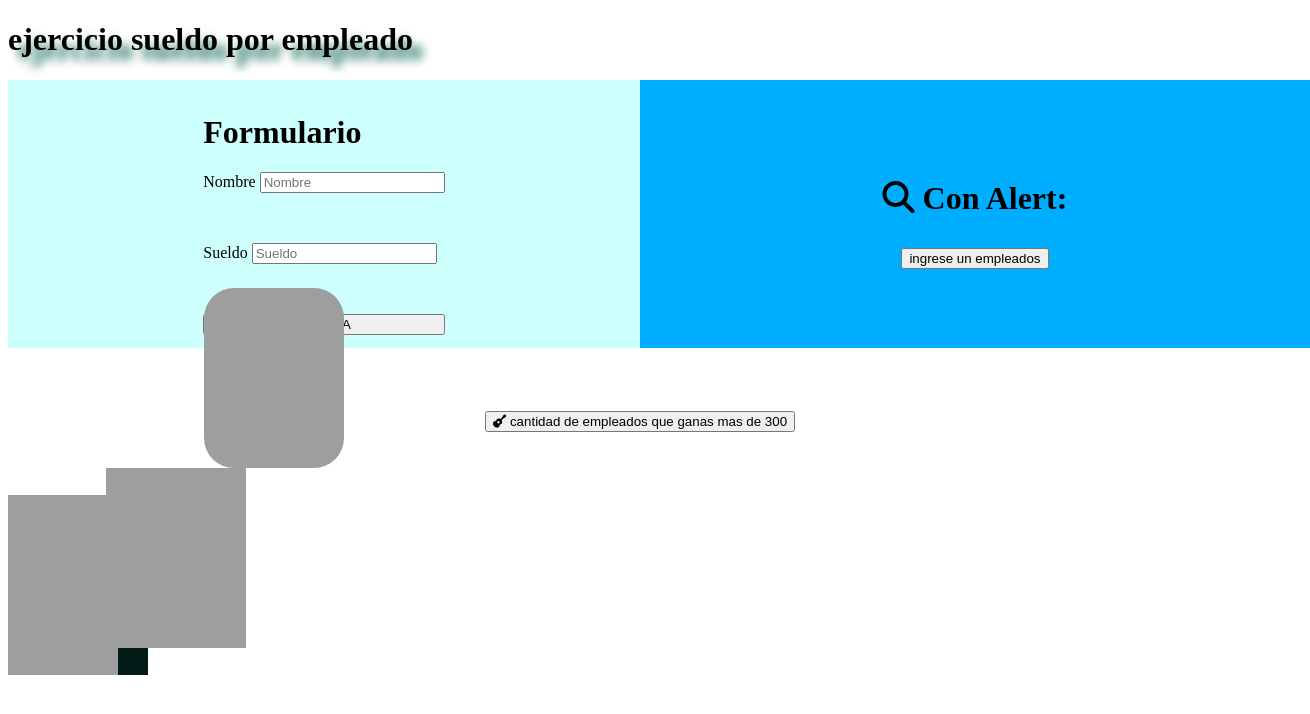
Repository: wolfmarcos/Ej-FormSesionEmpleados
Page: index.html
These files come from the project's save history. The page is drawn as it stood at one moment and after the next save; the edit follows.
The browser window is 1280 px wide. The page is 1310 px wide, so the pictures cover 1310 px, including what lies to the right of the window. The pictures show the whole page.
Pictures or frames that could not be fetched are drawn as grey boxes. Some web libraries are served in a nearby version.

Above is the page before, as saved 2022-08-08 19:27:32.

After the next save:
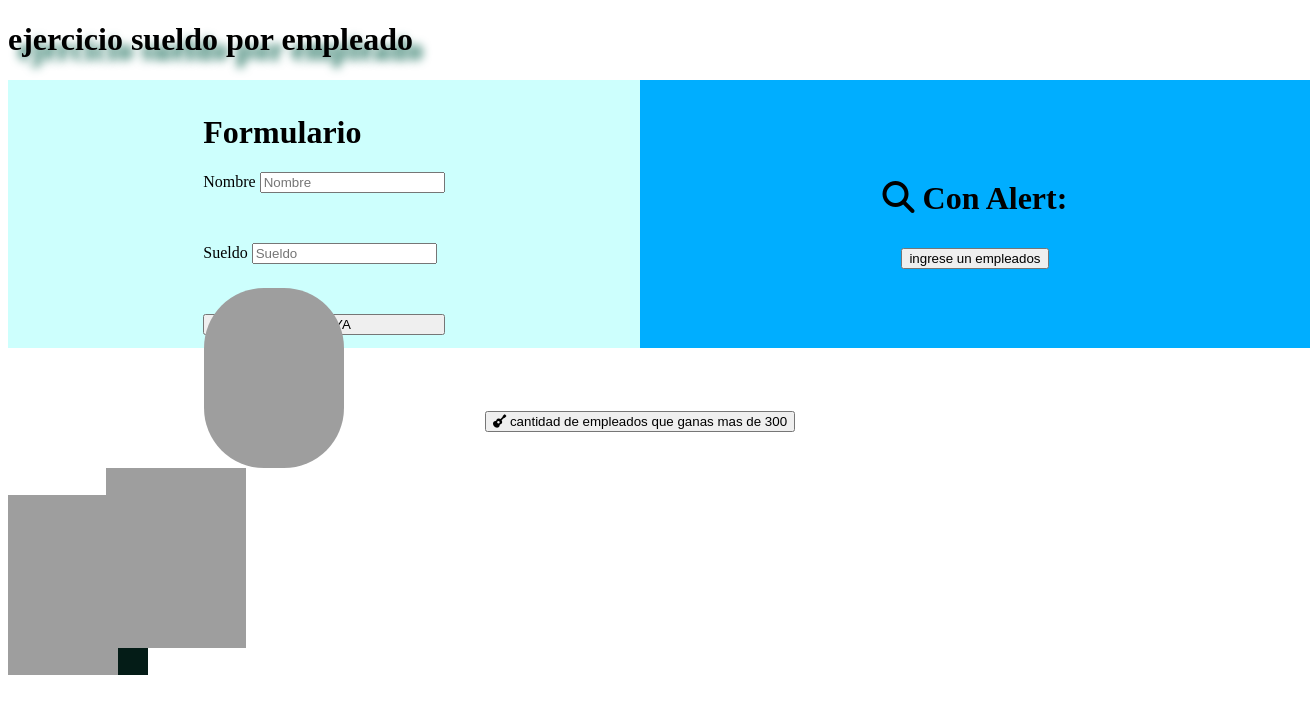
Saved 21 s later.
--- a/ej1.css
+++ b/ej1.css
@@ -255,7 +255,7 @@ position: relative;
    animation: salta 2s steps(16) infinite ;
    transform: translate(0% ,-15%);
    transition: 0.5s;
-   border-radius: 30px;
+   border-radius: 60px;
    width:140px;
  }
 /* 127 por movimiento  primero*/
